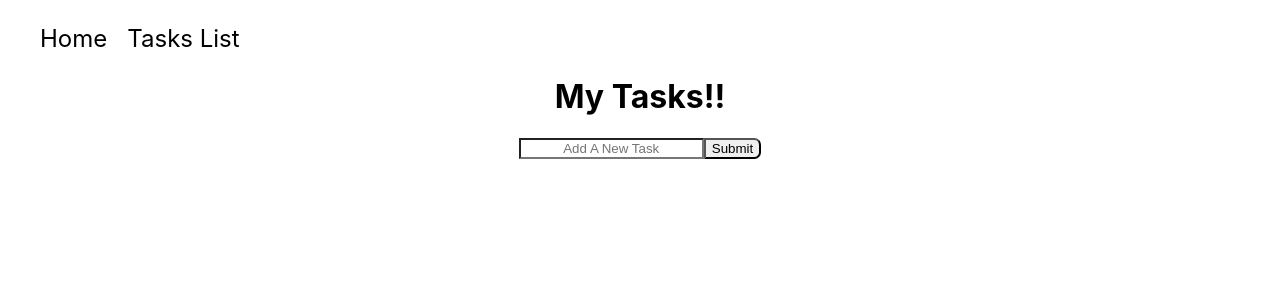
Repository: runner855/abstract_todolist
Page: /
The author's editor kept a copy of each file at every save. The page is drawn from the files as they stood at one save, then again after the next save.
The browser window is 1280 px wide. The pictures show the whole page.
The project was rebuilt for these pictures with package versions that can differ from the ones it lists, and the page was loaded fresh each time.

Above is the page before, as saved 2022-11-08 17:14:40.

### src/App.tsx
import React, { useState, useEffect } from "react";
import { Header } from "./Header";
import "./App.css";

export const App = () => {
  const [value, setValue] = useState<string>("");
  const [list, setList] = useState<string[]>([]);

  return (
    <div className="App">
      <Header />
      <h1>My Tasks!!</h1>
      <div className="textbox">
        <input
          type="text"
          placeholder="Add A New Task"
          onChange={(e) => setValue(e.target.value)}
          value={value}
        ></input>

        <button
          onClick={() => {
            setList([...list, value]);
            setValue("");
          }}
        >
          Submit
        </button>
        <div className="todo-container">
          <div className="single-task">{list}</div>
        </div>
      </div>
    </div>
  );
};

### src/Header.tsx
import * as React from "react";
import "./Header.css";

export const Header = () => {
  return (
    <div className="home">
      <ul>
        <li>Home</li>
        <li>Tasks List</li>
      </ul>
    </div>
  );
};

### src/App.css
h1{
  text-align: center;
}

input {
  text-align: center;
  border-radius: 0em;
}

.textbox{
  text-align: center;
}

button {
  border-radius: 0em 0.5em 0.5em 0em;
}

### src/Header.css
ul{
   text-align: left;
   list-style: none;
   font-size: 1.5em;
   display: flex;

}
ul li {
    margin-right: 20px;
}

Loaded but not shown: public/index.html (common file); src/index.tsx (common file); src/index.css (common file)

After the next save:
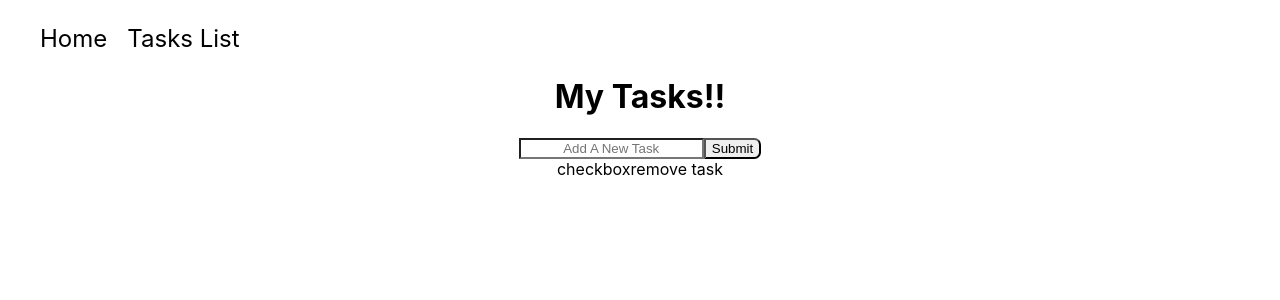
Saved 38 s later.
--- a/src/App.tsx
+++ b/src/App.tsx
@@ -27,7 +27,7 @@
           Submit
         </button>
         <div className="todo-container">
-          <div className="single-task">{list}</div>
+          <div className="single-task">checkbox{list}remove task</div>
         </div>
       </div>
     </div>

After the save that followed:
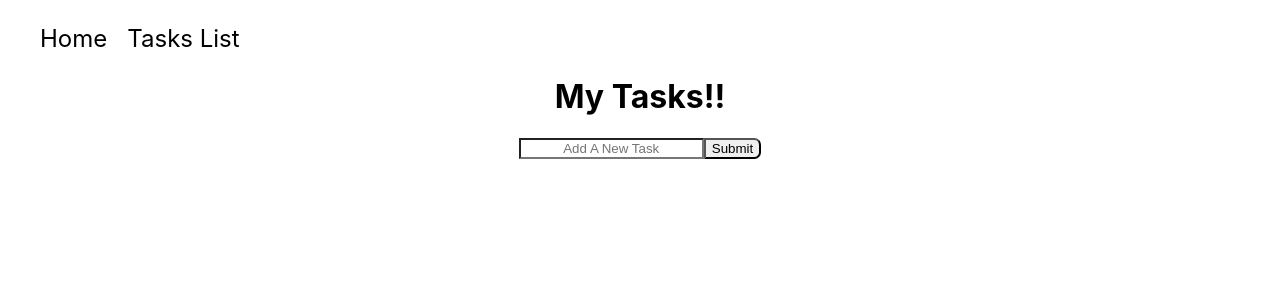
Saved 5 min 29 s later.
--- a/src/App.tsx
+++ b/src/App.tsx
@@ -26,9 +26,8 @@
         >
           Submit
         </button>
-        <div className="todo-container">
-          <div className="single-task">checkbox{list}remove task</div>
-        </div>
+
+        <div className="todo-container">{list.map}</div>
       </div>
     </div>
   );
